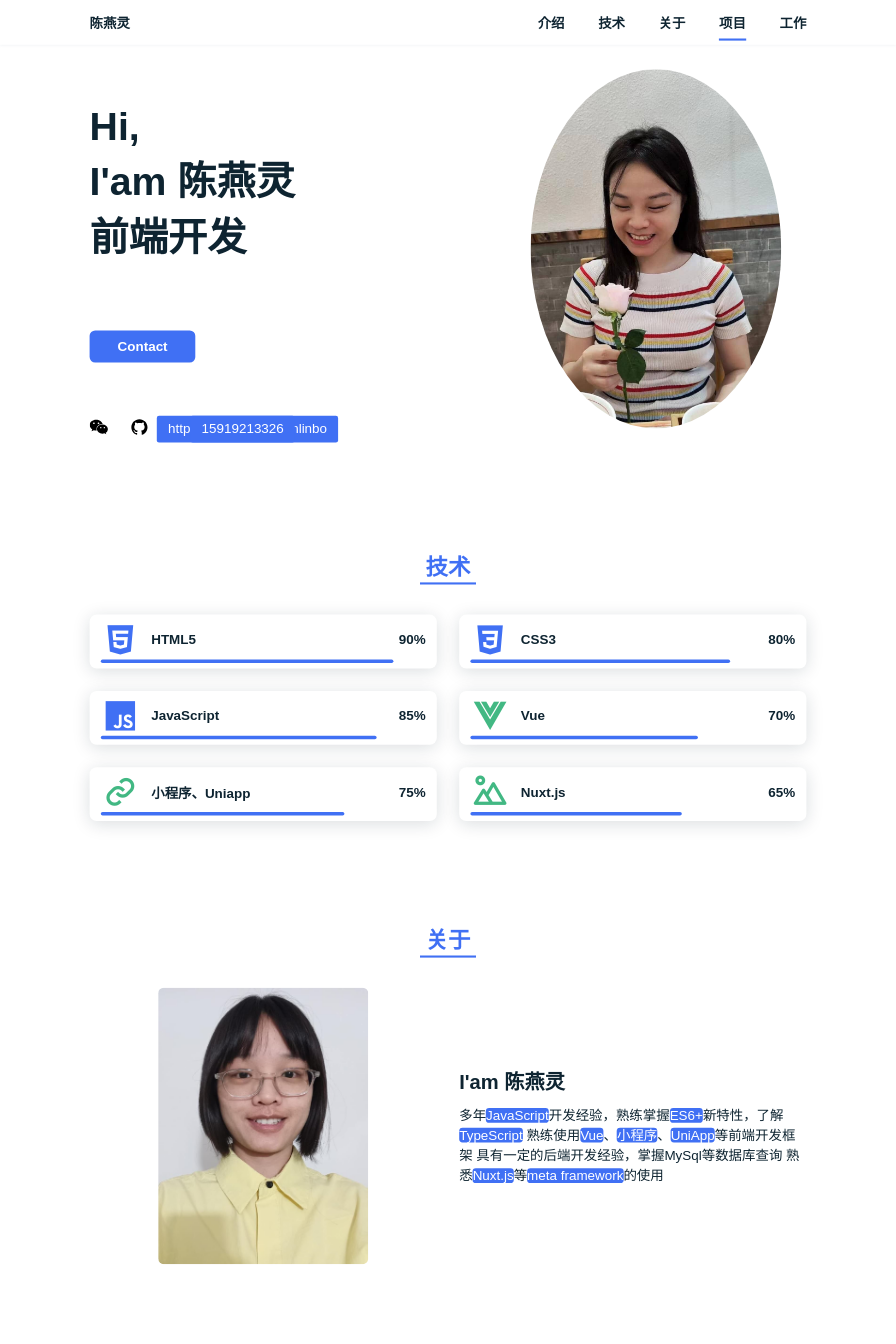
Repository: alinlinbo/yanling-resume-site
Page: index.html
An editor plug-in stored every save of this project. The page is shown before and after the next save, followed by the edit.
The browser window is 1280 px wide. The pictures show the part of the page from y = 0 to 1920 px (the page is 3770 px tall), at 70% of full size.

Above is the page before, as saved 2023-09-18 19:32:07.

After the next save:
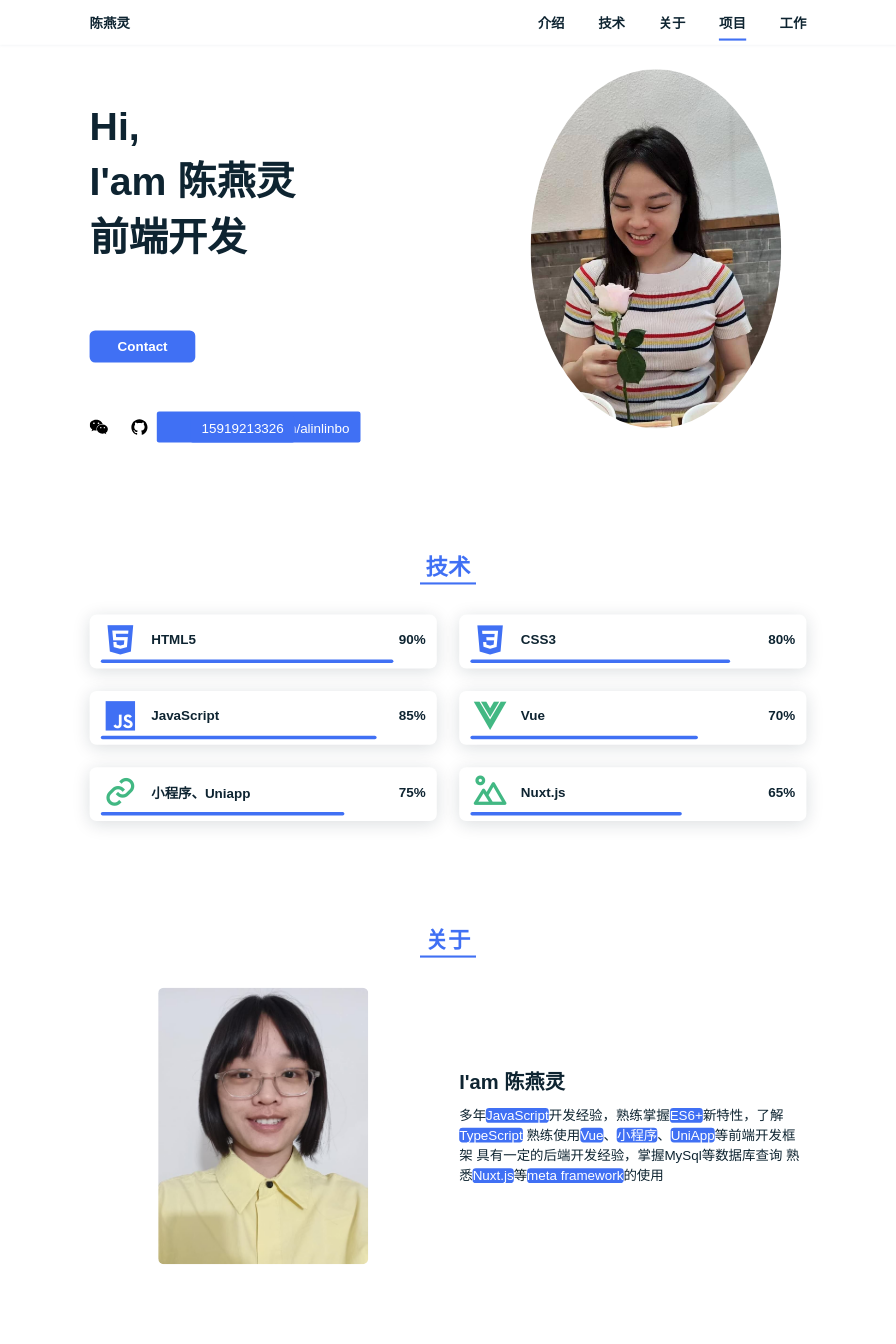
Saved 4 min 19 s later.
--- a/index.html
+++ b/index.html
@@ -73,6 +73,9 @@
                     <svg class="svg-icon-home icon" aria-hidden="true">
                         <use xlink:href="#icon-github-fill"></use>
                     </svg>
+                    <div class=" home__git">
+                        <a href="https://github.com/alinlinbo">https://github.com/alinlinbo</a>
+                    </div>
                 </a>
                 <a href="#" class="home__social-icon">
                     <svg class="svg-icon-home svg-icon icon" aria-hidden="true">
@@ -82,9 +85,7 @@
                 <div class=" home__code">
                     <img src="assets/img/wechat_code.png" alt="">
                 </div>
-                <div class=" home__git">
-                    <a href="https://github.com/alinlinbo">https://github.com/alinlinbo</a>
-                </div>
+
                 <div class=" home__phone">
                     <div>15919213326</div>
                 </div>
